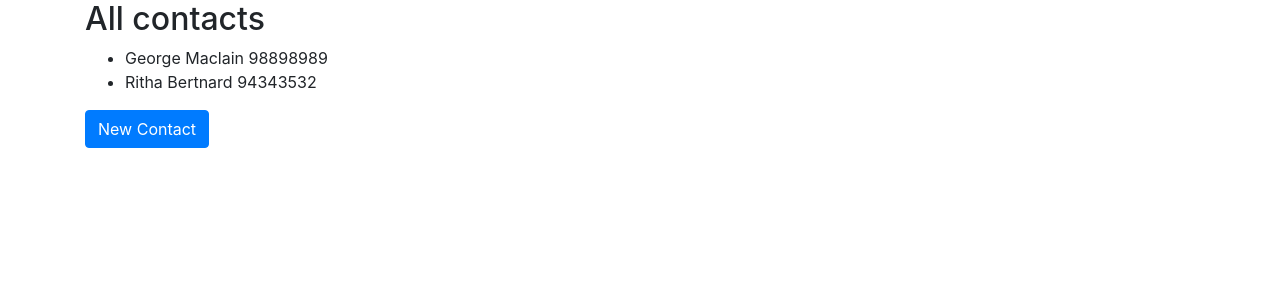
Repository: fishercom/react-phonebook
Page: /
An editor plug-in stored every save of this project. The page is shown before and after the next save, followed by the edit.
The browser window is 1280 px wide. The pictures show the whole page.
The project was rebuilt for these pictures with package versions that can differ from the ones it lists, and the page was loaded fresh each time. Also part of the build but not shown: src/App.css, src/components/Form.js.

Above is the page before, as saved 2021-01-30 23:01:27.

### src/App.js
import React from 'react';

import './App.css';
import List from './components/List';
import Form from './components/Form';


class App extends React.Component {

  constructor(props) {
    super(props);
    this.state = {
      contacts: [
        { id: '1', firstName: 'George', lastName: 'Maclain', phoneNumber: '98898989' },
        { id: '2', firstName: 'Ritha', lastName: 'Bertnard', phoneNumber: '94343532' }
      ]
    };
  }

  changeView = (action, changeParams = {}) => {
    let contact = { personId: null, newPerson: null, updatedPerson: null, deleteId: null };
    contact = { ...changeParams };
    console.log(contact);

    let state = { ...this.state };
    state.action = action;
    let tmp = [...this.state.contacts];
    if (action === 'insert') {
      tmp.push(contact);
    }
    state.contacts = tmp;

    console.log(state);
    super.setState(state);
  }

  render() {
    let view = null;
    switch (this.state.action) {
      case 'Form':
        view = <Form state={this.state} switch={this.changeView} />
        break;
      default:
        view = <List state={this.state} switch={this.changeView} />
    }

    return (
      <div>
        <header>

        </header>
        <div className="container">
        {view}
        </div>
      </div>)
  }

}

export default App;

### src/components/List.js
import React from 'react';

class List extends React.Component {

    state = this.props.state;

    render() {
        return (
            <section>
                <h2>All contacts</h2>
                <ul className="contactList">
                    {this.state.contacts.map((contact) => <li key={contact.id}>{contact.firstName} {contact.lastName} {contact.phoneNumber}</li>)}
                </ul>
                <button className="btn btn-primary" onClick={() => this.props.switch('Form')}>New Contact</button>
            </section>
        );
    }

}

export default List

Loaded but not shown: public/index.html (common file); src/index.js (common file); src/index.css (common file); src/reportWebVitals.js (common file)

After the next save:
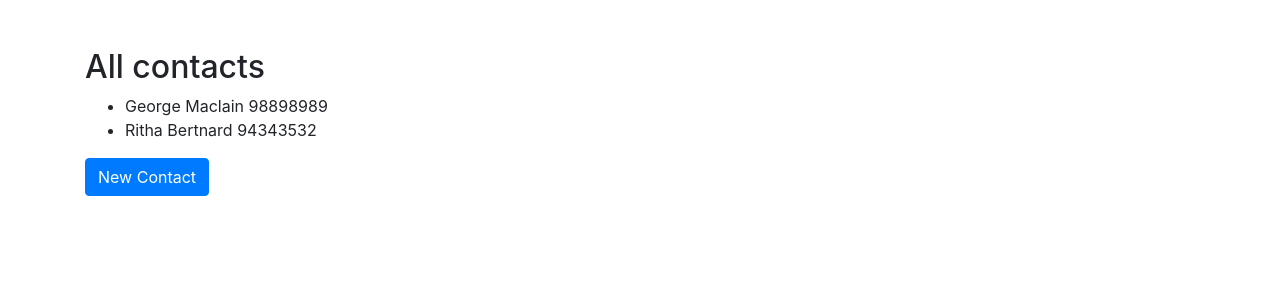
Saved 35 s later.
--- a/src/App.js
+++ b/src/App.js
@@ -49,7 +49,7 @@ class App extends React.Component {
         <header>
 
         </header>
-        <div className="container">
+        <div className="container mt-5">
         {view}
         </div>
       </div>)
